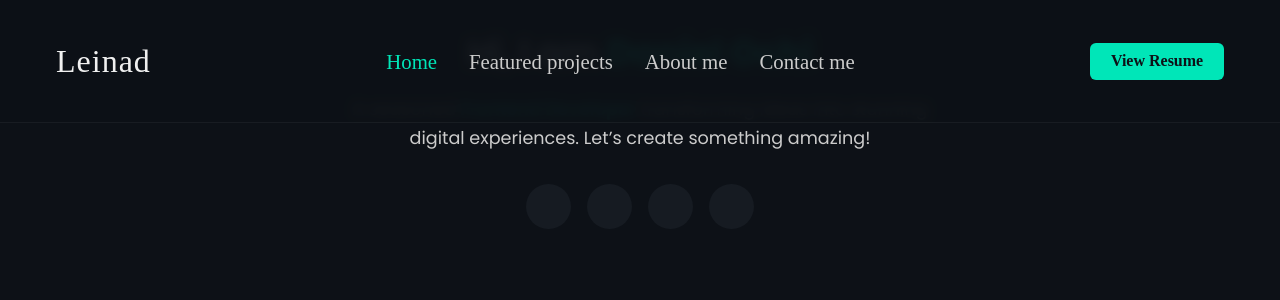
Repository: Austinokezie/Myportfolio
Page: index.html
The author's editor kept a copy of each file at every save. The page is drawn from the files as they stood at one save, then again after the next save.
The browser window is 1280 px wide. The pictures show the whole page.
Some web fonts or font styles are not loaded; a fallback is used.

Above is the page before, as saved 2025-10-14 13:17:28.

After the next save:
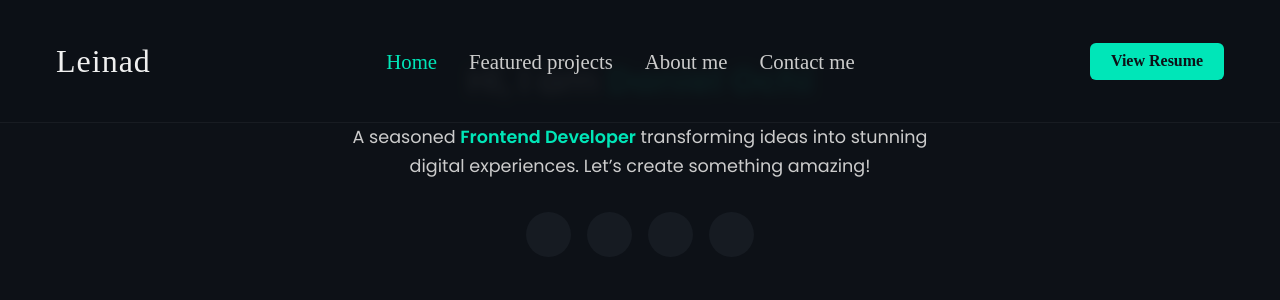
Saved 29 s later.
--- a/style.css
+++ b/style.css
@@ -114,7 +114,7 @@ header {
 .intro {
   text-align: center;
   padding: 2rem;
-  margin-bottom: 40px;
+  margin-top: 1rem;
 }
 
 .intro h1 {
